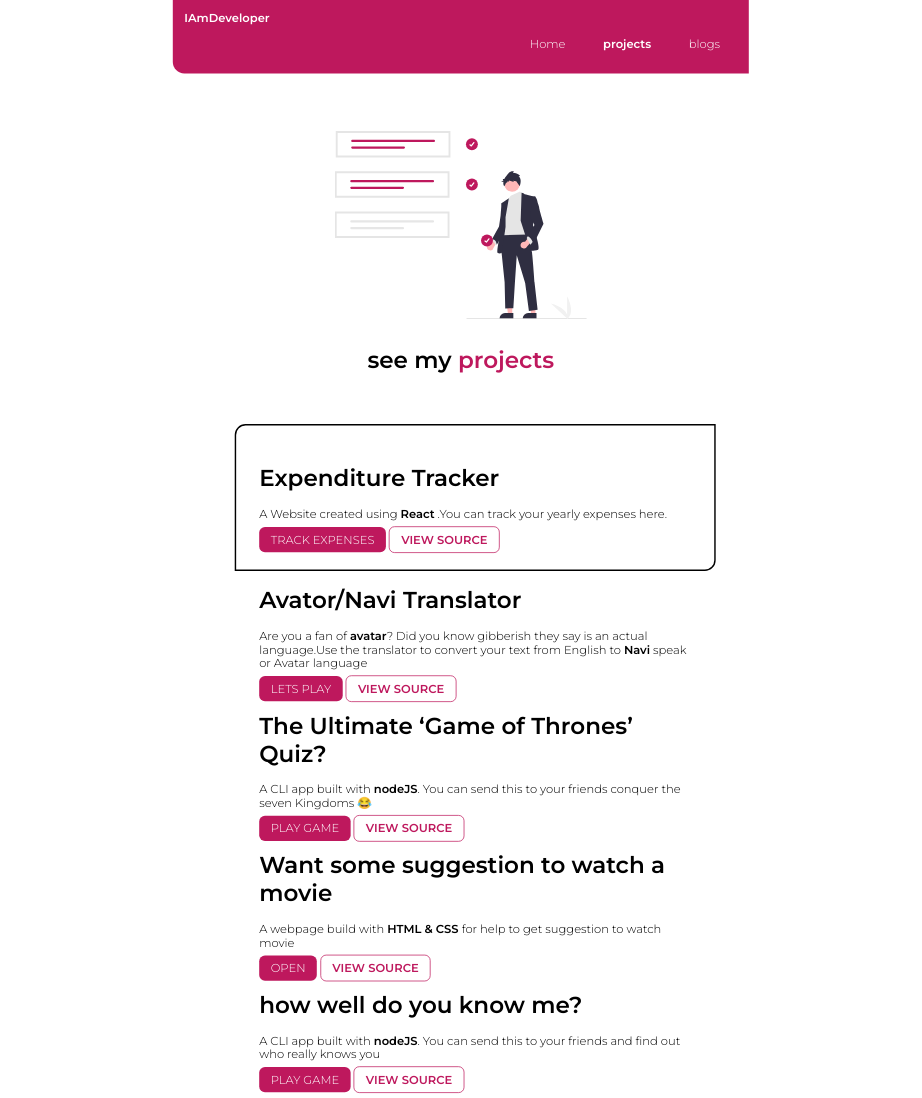
Repository: sohan2503001/Portfolio
Page: projects.html
These files come from the project's save history. The page is drawn as it stood at one moment and after a run of saves; the edit follows.
The browser window is 1280 px wide. The pictures show the whole page, at 72% of full size.

Above is the page before, as saved 2021-04-22 01:29:11.

After the next 4 saves:
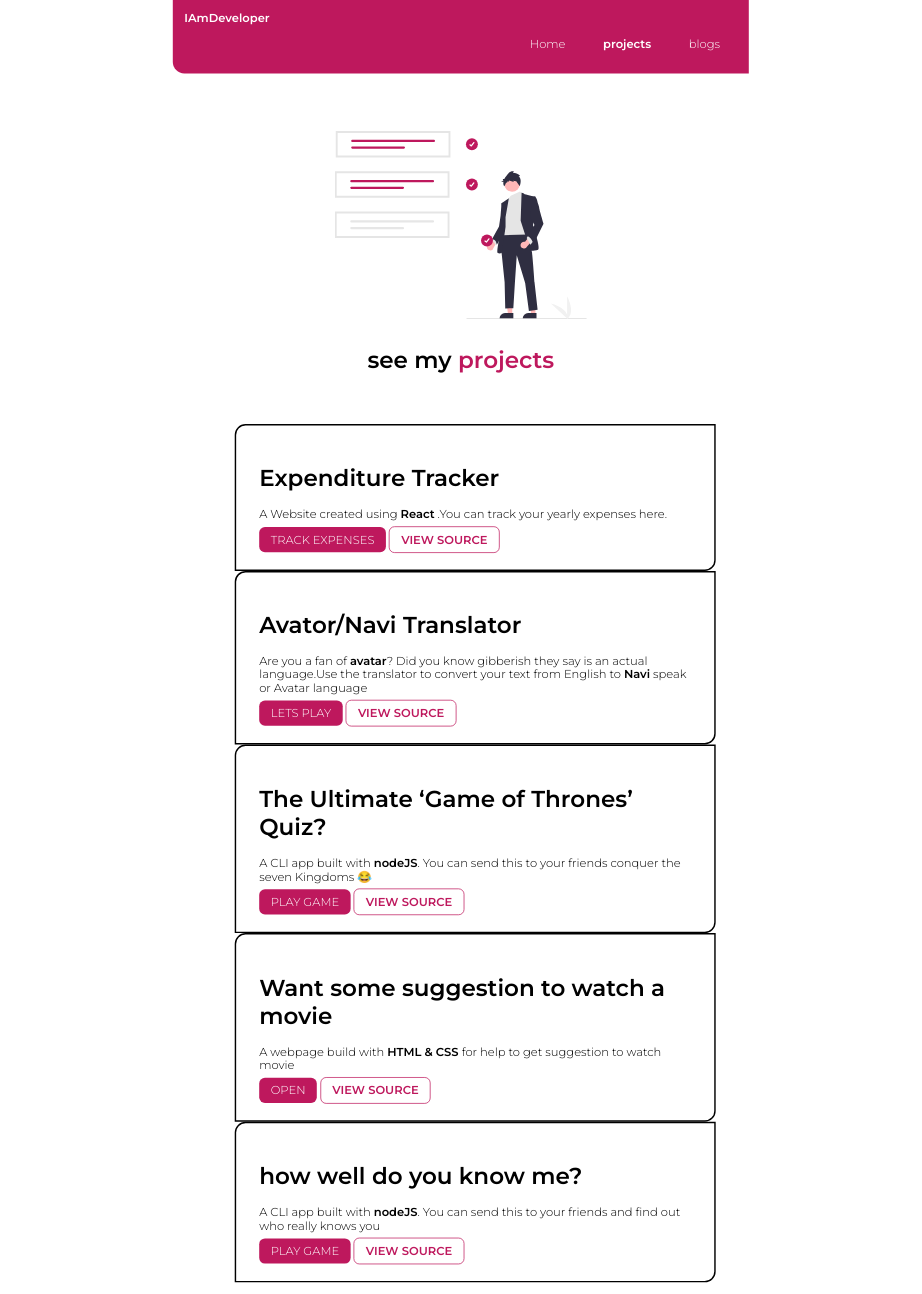
The 4 saves are shown as one change because they came seconds apart.
The last was saved 13 s later.
--- a/projects.html
+++ b/projects.html
@@ -51,7 +51,7 @@
     </div>
 
 
-    <div class="container container-center">
+    <div class="container container-center box-contain">
       <li>
         <h1>Avator/Navi Translator </h1>
         <p>
@@ -68,7 +68,7 @@
     </div>
 
 
-    <div class="container container-center">
+    <div class="container container-center box-contain">
       <li>
         <h1>The Ultimate ‘Game of Thrones’ Quiz?</h1>
         <p>
@@ -83,7 +83,7 @@
     </div>
 
 
-    <div class="container container-center">
+    <div class="container container-center box-contain">
       <li>
         <h1>Want some suggestion to watch a movie</h1>
         <p>
@@ -97,7 +97,7 @@
     </div>
 
 
-    <div class="container container-center">
+    <div class="container container-center box-contain">
       <li>
         <h1>how well do you know me?</h1>
         <p>
